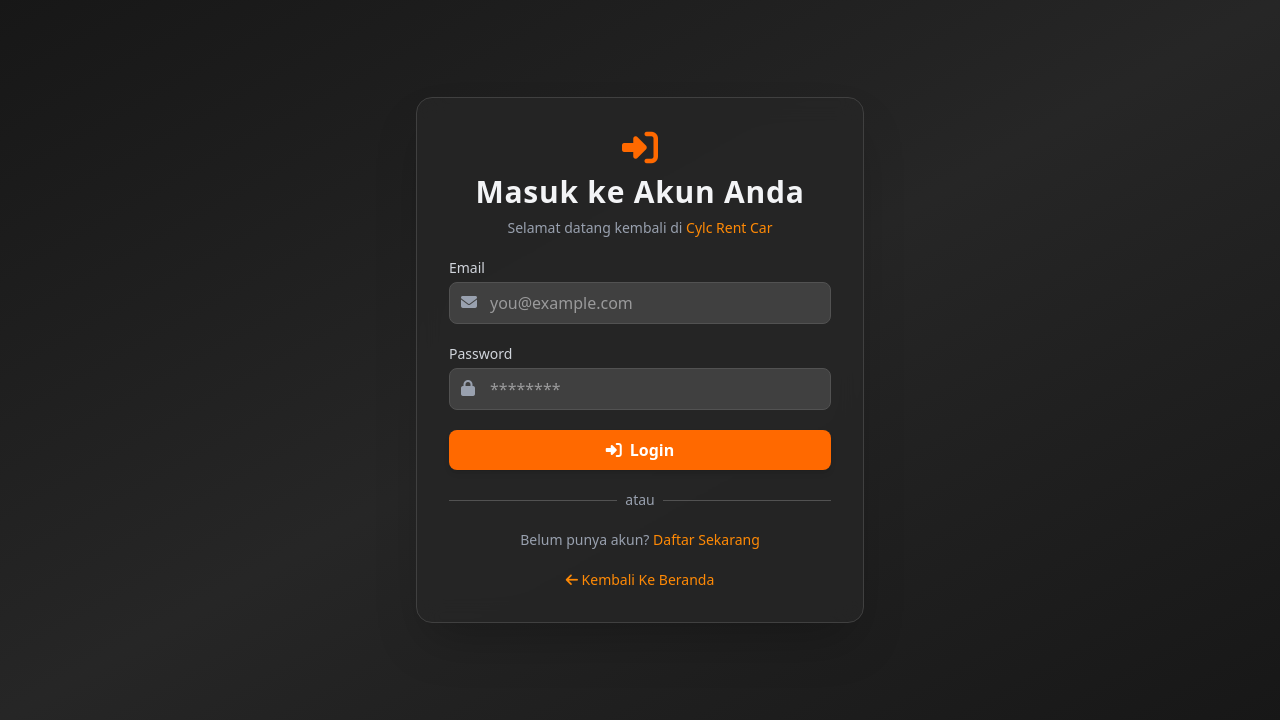
Repository: Fadlan079/FinalProject-RentalMobil
Page: http://localhost/index.php?action=login
An editor plug-in stored every save of this project. The page is shown before and after a run of saves, followed by the edit.
The browser window is 1280 px wide. The pictures show the whole page.
Some web libraries are served in a nearby version. The page is run by PHP 8.4 with error messages shown; the project is at /var/www/html/. Style sheets and scripts are compiled from the project's sources, by tool versions that may differ from the author's.

Above is the page before, as saved 2025-11-12 21:50:11.

After the next 2 saves:
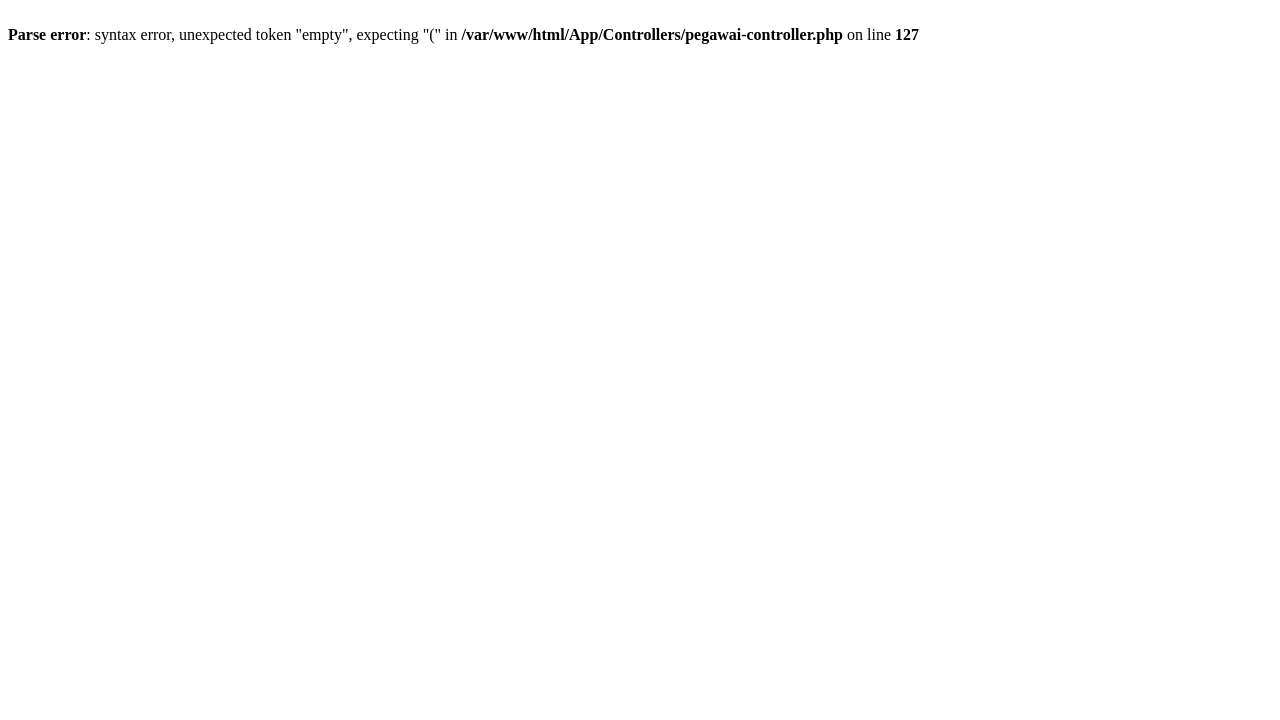
The 2 saves are shown as one change because they came seconds apart.
The last was saved 10 s later.
--- a/App/Controllers/pegawai-controller.php
+++ b/App/Controllers/pegawai-controller.php
@@ -124,7 +124,7 @@
         $password = trim($_POST['password']);
         $role = trim($_POST['role']);
 
-        if (empty($nama) || empty($email) || empty($password) || empty($role)) {
+        if empty($email) || empty($password) || empty($role)) {
             $_SESSION['error'] = 'Semua field wajib diisi!';
             header("Location: index.php?action=createPegawai");
             exit;

After the save that followed:
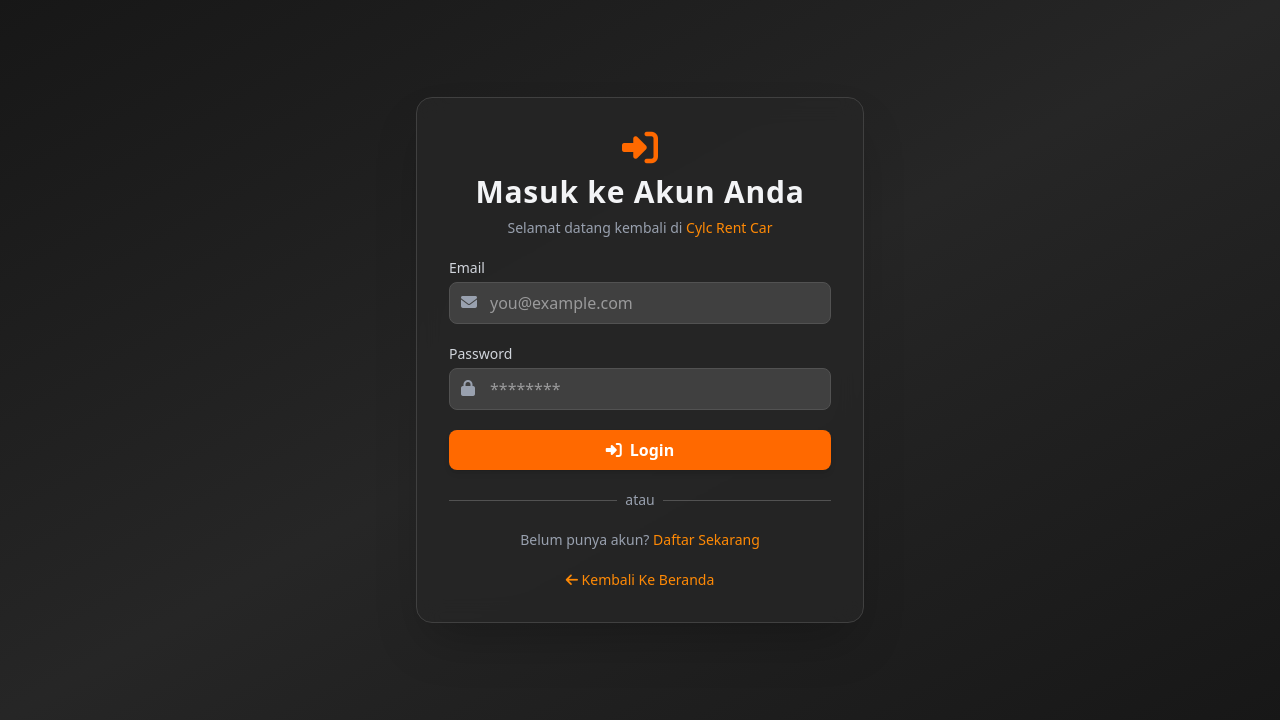
Saved 11 s later.
--- a/App/Controllers/pegawai-controller.php
+++ b/App/Controllers/pegawai-controller.php
@@ -124,7 +124,7 @@
         $password = trim($_POST['password']);
         $role = trim($_POST['role']);
 
-        if empty($email) || empty($password) || empty($role)) {
+        if (empty($nama) || empty($email) || empty($password) || empty($role)) {
             $_SESSION['error'] = 'Semua field wajib diisi!';
             header("Location: index.php?action=createPegawai");
             exit;
